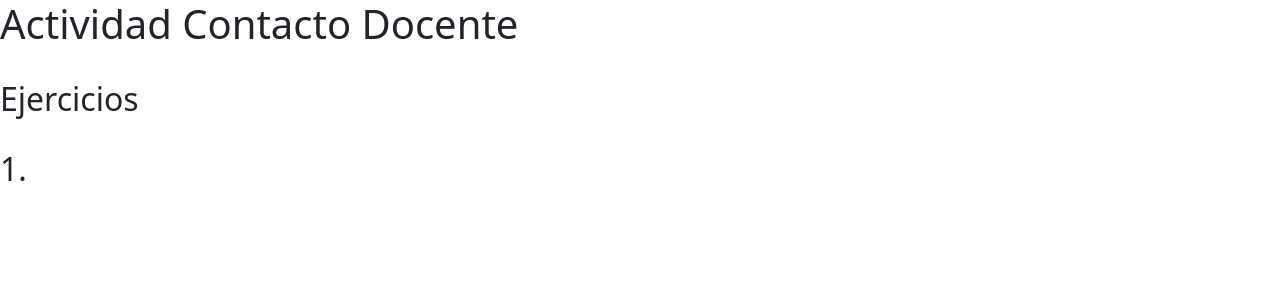
Repository: Jchimbo99/Actvidad1
Page: / (app in typescript-actividad/)
An editor plug-in stored every save of this project. The page is shown before and after a run of saves, followed by the edit.
The browser window is 1280 px wide. The pictures show the whole page.
The project was rebuilt for these pictures with package versions that can differ from the ones it lists, and the page was loaded fresh each time. Also part of the build but not shown: typescript-actividad/vite.config.ts.

Above is the page before, as saved 2025-01-22 20:21:33.

After the next 3 saves:
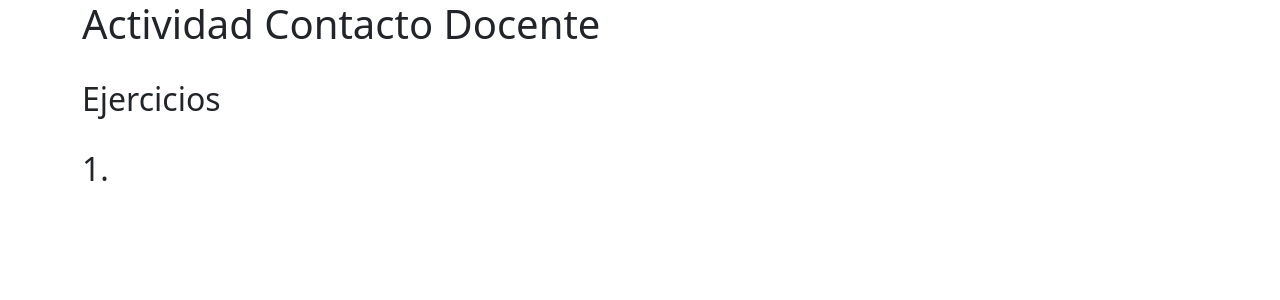
The 3 saves are shown as one change because they came seconds apart.
The last was saved 10 s later.
--- a/typescript-actividad/index.html
+++ b/typescript-actividad/index.html
@@ -8,7 +8,7 @@
 
     <title>Activididad Jch</title>
   </head>
-  <body class="">
+  <body class="container">
     <div id="root"></div>
     <script type="module" src="/src/main.tsx"></script>
   </body>
